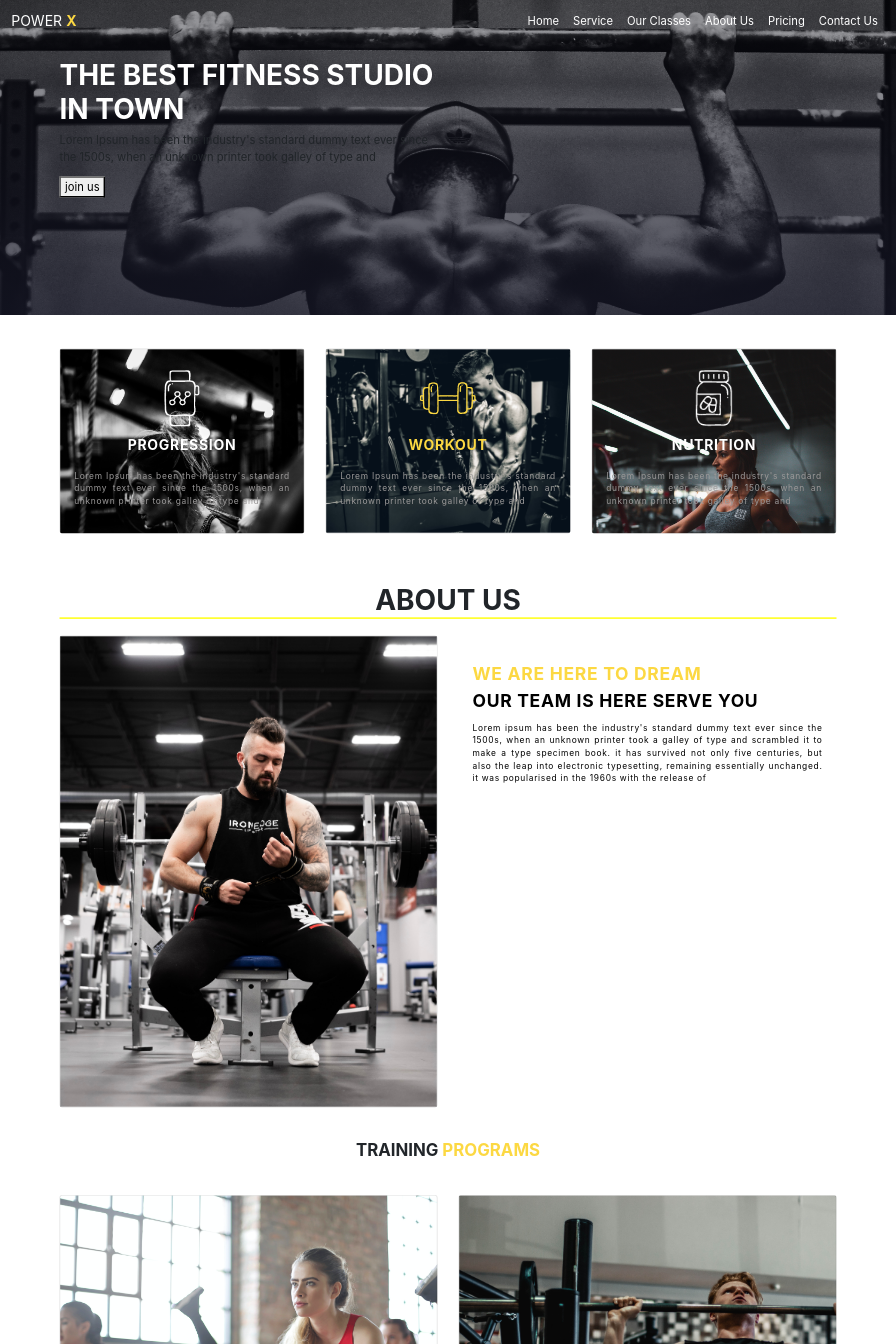
Repository: arif286/power-x-gym
Page: /
The author's editor kept a copy of each file at every save. The page is drawn from the files as they stood at one save, then again after the next save.
The browser window is 1280 px wide. The pictures show the part of the page from y = 0 to 1920 px (the page is 3022 px tall), at 70% of full size.
The project was rebuilt for these pictures with package versions that can differ from the ones it lists, and the page was loaded fresh each time. Also part of the build but not shown: src/components/ClassDetails/ClassDetails.css, src/components/Classes/Classes.js, src/components/PricingPlan/PricingPlan.css, src/components/PurchaseForm/PurchaseForm.css, src/components/PurchaseForm/PurchaseForm.js.

Above is the page before, as saved 2021-04-09 02:10:29.

After the next save:
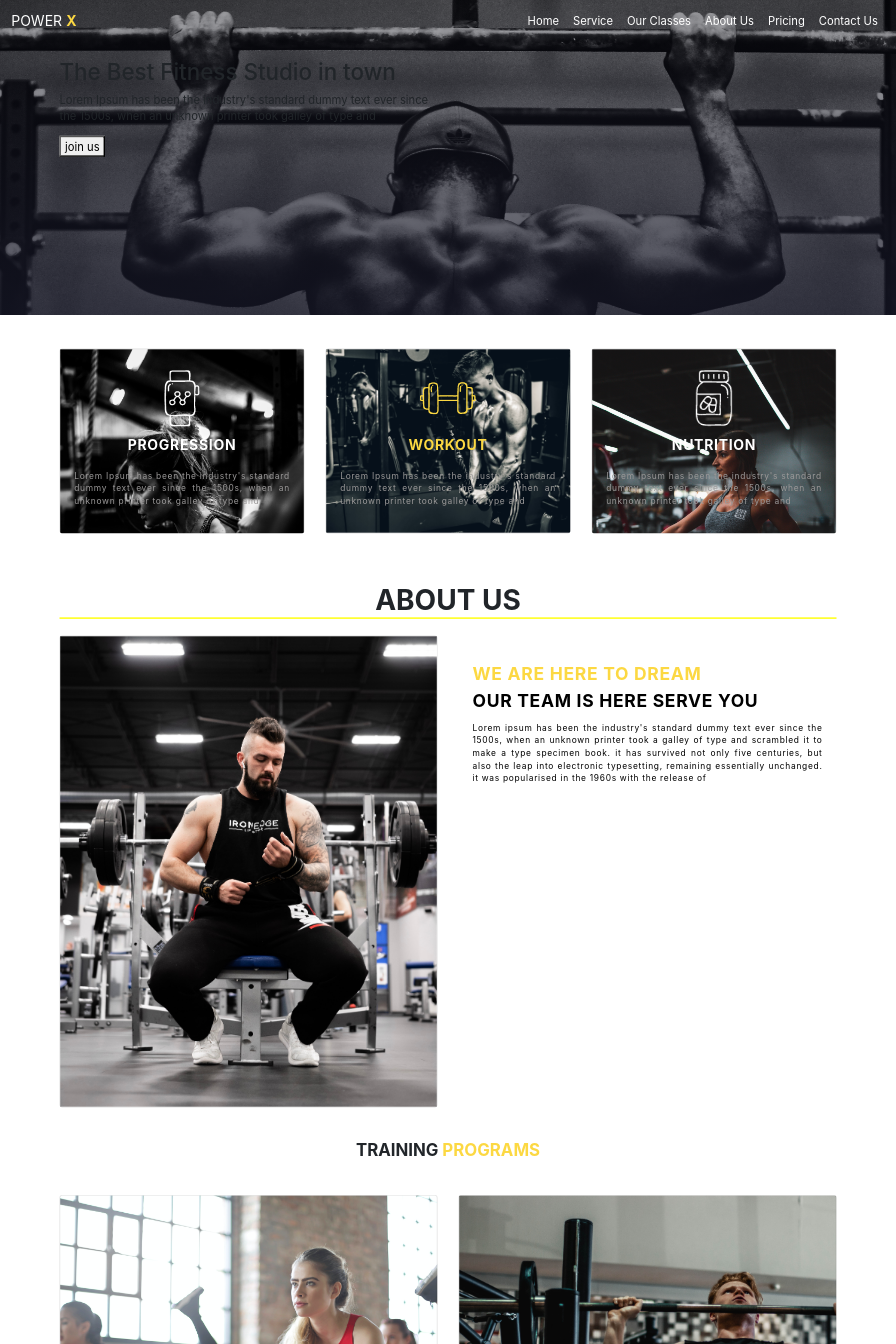
Saved 11 s later.
--- a/src/components/Header/Header.js
+++ b/src/components/Header/Header.js
@@ -42,7 +42,7 @@ const Header = (props) => {
       <Container>
         <Row className="row-cols-1 row-cols-md-2 mt-4">
           <Col className='header-content'>
-            <h1>The Best Fitness Studio in town</h1>
+            <h2>The Best Fitness Studio in town</h2>
             <p>
               Lorem Ipsum has been the industry's standard dummy text ever since
               the 1500s, when an unknown printer took galley of type and
